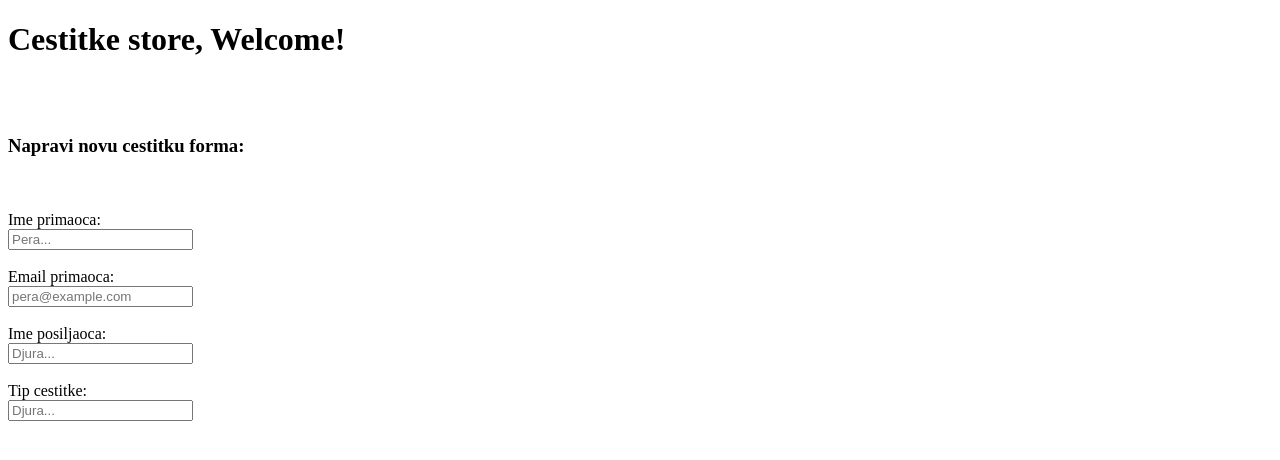
Repository: ObradovicNikola/pmf-rzk-part2
Page: http://localhost/CestitkeWEB/
The author's editor kept a copy of each file at every save. The page is drawn from the files as they stood at one save, then again after the next save.
The browser window is 1280 px wide. The pictures show the whole page.
The page is served by Tomcat 9.

Above is the page before, as saved 2022-12-06 18:38:32.

After the next save:
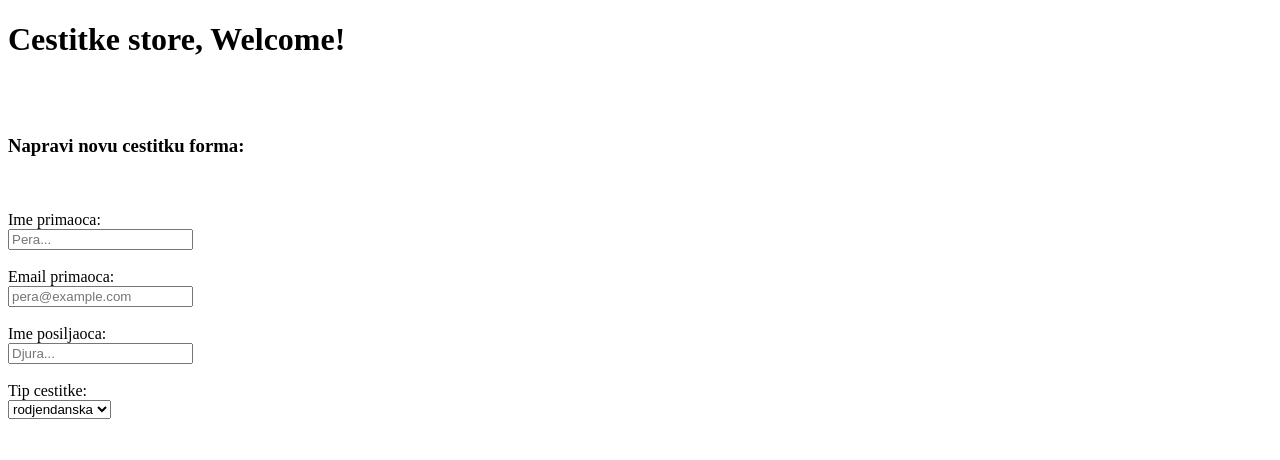
Saved 10 s later.
--- a/CestitkeWEB/src/main/webapp/index.jsp
+++ b/CestitkeWEB/src/main/webapp/index.jsp
@@ -35,7 +35,11 @@
 
 		<label>Tip cestitke:</label>
 		<br />
-		<input type="text" name="from" placeholder="Djura..." required />
+		<select name="type">
+                            <option value="rodjendanska">rodjendanska</option>
+                            <option value="diplomska">diplomska</option>
+                            <option value="novogodisnja">novogodisnja</option>
+                        </select>
 		<br />
 		<br />
 	</form>
